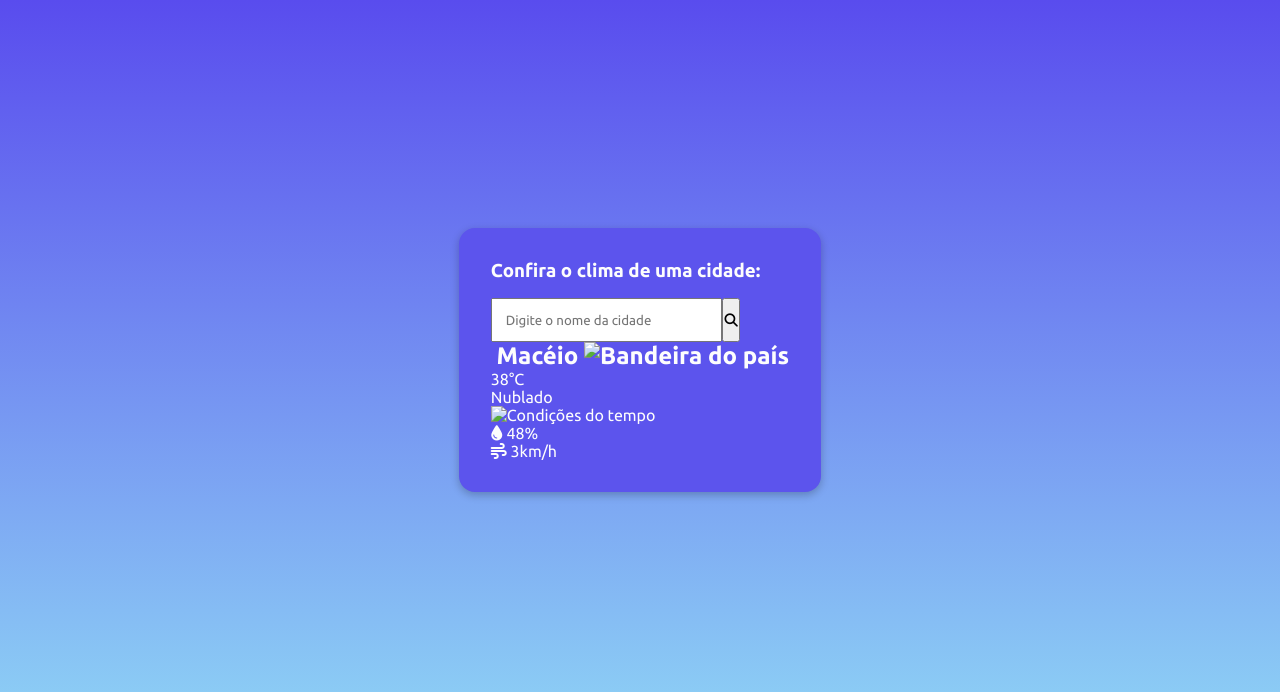
Repository: willamesalmeida/Clima
Page: index.html
These files come from the project's save history. The page is drawn as it stood at one moment and after the next save; the edit follows.
The browser window is 1280 px wide. The pictures show the whole page.

Above is the page before, as saved 2022-09-19 16:17:34.

### index.html
<!DOCTYPE html>
<html lang="en">
  <head>
    <meta charset="UTF-8" />
    <meta http-equiv="X-UA-Compatible" content="IE=edge" />
    <meta name="viewport" content="width=device-width, initial-scale=1.0" />
    <title>Clima</title>
    <link rel="stylesheet" href="css/styles.css" />
    <!-- Google Fonts -->
    <link rel="preconnect" href="https://fonts.googleapis.com" />
    <link rel="preconnect" href="https://fonts.gstatic.com" crossorigin />
    <link
      href="https://fonts.googleapis.com/css2?family=Roboto+Flex:opsz,wght@8..144,400;8..144,500&family=Roboto:ital,wght@0,100;0,300;0,400;0,500;0,700;0,900;1,100;1,300;1,400;1,500;1,700;1,900&family=Ubuntu:ital,wght@0,300;0,400;0,500;0,700;1,300;1,400;1,500;1,700&display=swap"
      rel="stylesheet"
    />
    <!-- Font Awesome -->
    <link
      rel="stylesheet"
      href="https://cdnjs.cloudflare.com/ajax/libs/font-awesome/6.2.0/css/all.min.css"
      integrity="sha512-xh6O/CkQoPOWDdYTDqeRdPCVd1SpvCA9XXcUnZS2FmJNp1coAFzvtCN9BmamE+4aHK8yyUHUSCcJHgXloTyT2A=="
      crossorigin="anonymous"
      referrerpolicy="no-referrer"
    />

    <script src="js/script.js"></script>
  </head>
  <body>
    <div class="container">
      <div class="form">
        <h3>Confira o clima de uma cidade:</h3>
        <div class="form-input-container">
          <input
            type="text"
            placeholder="Digite o nome da cidade"
            id="city-input"
          />
          <button id="search">
            <i class="fa-solid fa-magnifying-glass"></i>
          </button>
        </div>
      </div>
      <div id="weather-data">
        <h2>
            <i class="fa-solid fa.location-dot"></i>
            <span id="city"> Macéio</span>
            <img src="" alt="Bandeira do país" id="country"/>
        </h2>
        <p id="temperature"><span>38</span>&deg;C</p>
        <div id="description-container">
            <p id="descrition">Nublado</p>
            <img src="" alt="Condições do tempo" id="weather-icon">
        </div>
        <div id="datails-container">
            <p id="umidity">
                <i class="fa-solid fa-droplet"></i>
                <span>48%</span>
            </p>
            <p id="wind">
                <i class="fa-solid fa-wind"></i>
                <span>3km/h</span>
            </p>
        </div>
      </div>
    </div>
  </body>
</html>

### css/styles.css
/* Geral */
*{
    padding: 0;
    margin: 0;
    font-family: "ubuntu", sans-serif;
}

body{
    background: linear-gradient(180deg, rgba(89,76,238,1)0%, #8dd0f5 100%);
    display: flex;
    justify-content: center;
    align-items: center;
    height: 100vh;
}
.hide{
    display: none;
}

.container{
    background-color: #5c54ed;
    box-shadow: rgba(0,0,0,0.24) 0px 3px 8px;
    padding: 2rem;
    color: #fdfdfd;
    border-radius: 1rem;
}

.form h3{
    margin-bottom: 1rem;
}
.form-input-container{
    display: flex;
}
.form input{
    padding: .8rem;
}

### js/script.js
//chave da API
//f5efb8fb1dbd3febf146ae616cdf96b5

After the next save:
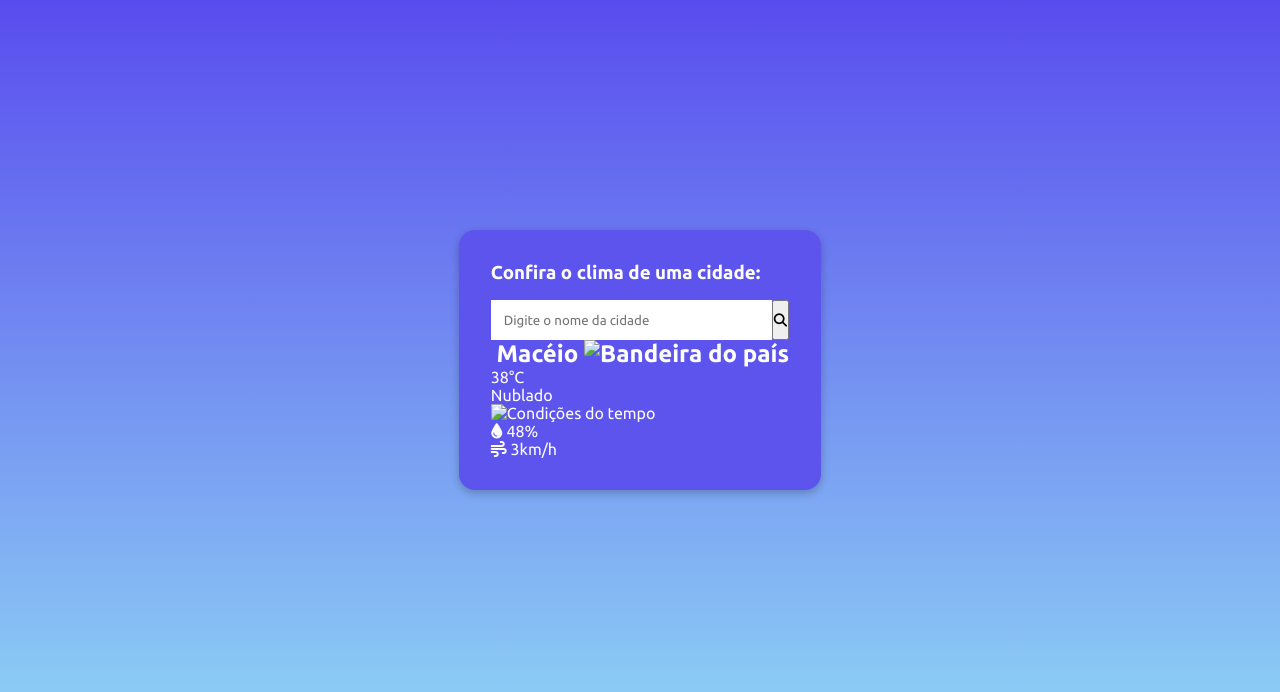
Saved 30 s later.
--- a/css/styles.css
+++ b/css/styles.css
@@ -32,4 +32,6 @@ body{
 }
 .form input{
     padding: .8rem;
+    border:none;
+    flex: 1;
 }
